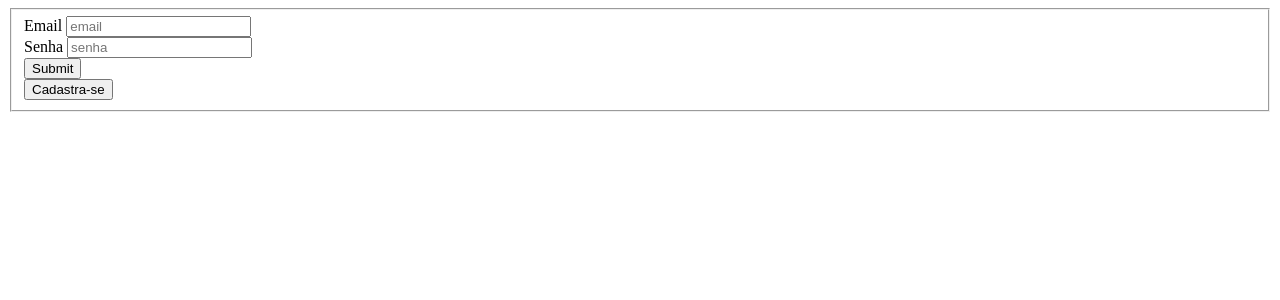
Repository: moises2112/Projetos
Page: http://localhost/Dog/LoginController.do?action=logar
The author's editor kept a copy of each file at every save. The page is drawn from the files as they stood at one save, then again after the next save.
The browser window is 1280 px wide. The pictures show the whole page.
The page is served by Tomcat 9. Other server files are loaded and not shown.

Above is the page before, as saved 2017-06-09 01:27:17.

### Dog/WebContent/login.jsp

<%@ page language="java" contentType="text/html; charset=ISO-8859-1"
	pageEncoding="ISO-8859-1"%>
<%@ taglib uri="http://java.sun.com/jsp/jstl/core" prefix="c"%>
<!DOCTYPE HTML>
<html>
<head>
<meta http-equiv="Content-Type" content="text/html; charset=ISO-8859-1">

<title>Bem vindo ao Tindog</title>
</head>
<body>
	<form action="LoginController.do" method="post">
		<fieldset>
			<div>
				<label for="email">Email</label> <input type="text" name="email"
					placeholder="email" />
			</div>
			<div>
				<label for="senha">Senha</label> <input type="password" name="senha"
					placeholder="senha" />
			</div>
			<div>
				<input type="submit" value="Submit" />

			</div>
			<button href="/cadastrar.jsp">Cadastra-se</button>
		</fieldset>
	</form>
	<label><c:out value="${erroAoLogar}" /></label>


</body>
</html>

### Dog/src/br/com/dog/controller/LoginController.java
package br.com.dog.controller;

import java.io.IOException;

import java.sql.SQLException;

import javax.servlet.RequestDispatcher;
import javax.servlet.ServletConfig;
import javax.servlet.ServletException;
import javax.servlet.annotation.WebServlet;
import javax.servlet.http.HttpServlet;
import javax.servlet.http.HttpServletRequest;
import javax.servlet.http.HttpServletResponse;
import javax.servlet.http.HttpSession;
import br.com.dog.controller.util.NavegacaoUtil;
import br.com.dog.model.dao.CachorroDAO;
import br.com.dog.model.dao.UsuarioDAO;
import br.com.dog.model.dao.impl.jdbc.CachorroDao;
import br.com.dog.model.dao.impl.jdbc.UsuarioDao;
import br.com.dog.model.entity.Usuario;

/**
 * Servlet implementation class LoginController
 */
@WebServlet("/LoginController.do")
public class LoginController extends HttpServlet {
	private static final long serialVersionUID = 1L;

	/**
	 * Default constructor.
	 */

	/**
	 * @see HttpServlet#doGet(HttpServletRequest request, HttpServletResponse
	 *      response)
	 */
	protected void doGet(HttpServletRequest request, HttpServletResponse response)
			throws ServletException, IOException {

		RequestDispatcher view = request.getRequestDispatcher(NavegacaoUtil.LOGIN);
		view.forward(request, response);
	}

	/**
	 * @see HttpServlet#doPost(HttpServletRequest request, HttpServletResponse
	 *      response)
	 */
	protected void doPost(HttpServletRequest request, HttpServletResponse response)
			throws ServletException, IOException {
		String action = request.getParameter("action");
		RequestDispatcher view = null;
		if (action.equalsIgnoreCase("logar")) {
			UsuarioDAO userDAO = new UsuarioDao();

			String senhaDaTela = request.getParameter("senha");
			String emailDaTela = request.getParameter("email");

			Usuario usuario = null;

			try {
				// erro esta na linha abaixo
				usuario = userDAO.buscarLoginSenha(senhaDaTela, emailDaTela);

			} catch (SQLException e) {
				// TODO Auto-generated catch block
				e.printStackTrace();
			}

			if (usuario != null) {
				view = request.getRequestDispatcher(NavegacaoUtil.HOME);

				request.setAttribute("usuarioLogado", usuario);

				CachorroDAO dogDAO = new CachorroDao();
				try {
					request.setAttribute("myDogs", dogDAO.buscaPorUsuario(usuario));
				} catch (SQLException e) {
					// TODO Auto-generated catch block
					e.printStackTrace();
				}
				// HttpSession session = request.getSession();
				// session.setAttribute("usuario", usuario);
			} else {
				view = request.getRequestDispatcher(NavegacaoUtil.LOGIN);
				request.setAttribute("erroAoLogar", "Usuario ou senha inválido");
			}
		} else if (action.equalsIgnoreCase("logout")) {
			view = request.getRequestDispatcher(NavegacaoUtil.LOGIN);
			request.removeAttribute("usuarioLogado");
		}
		view.forward(request, response);
	}
}

After the next save:
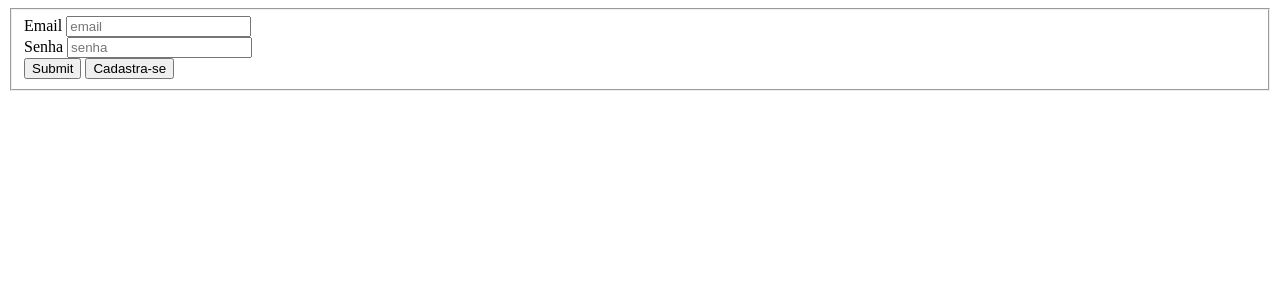
Saved 11 s later.
--- a/Dog/WebContent/login.jsp
+++ b/Dog/WebContent/login.jsp
@@ -22,9 +22,9 @@
 			</div>
 			<div>
 				<input type="submit" value="Submit" />
+				<button href="/cadastrar.jsp">Cadastra-se</button>
+			</div>
 
-			</div>
-			<button href="/cadastrar.jsp">Cadastra-se</button>
 		</fieldset>
 	</form>
 	<label><c:out value="${erroAoLogar}" /></label>
